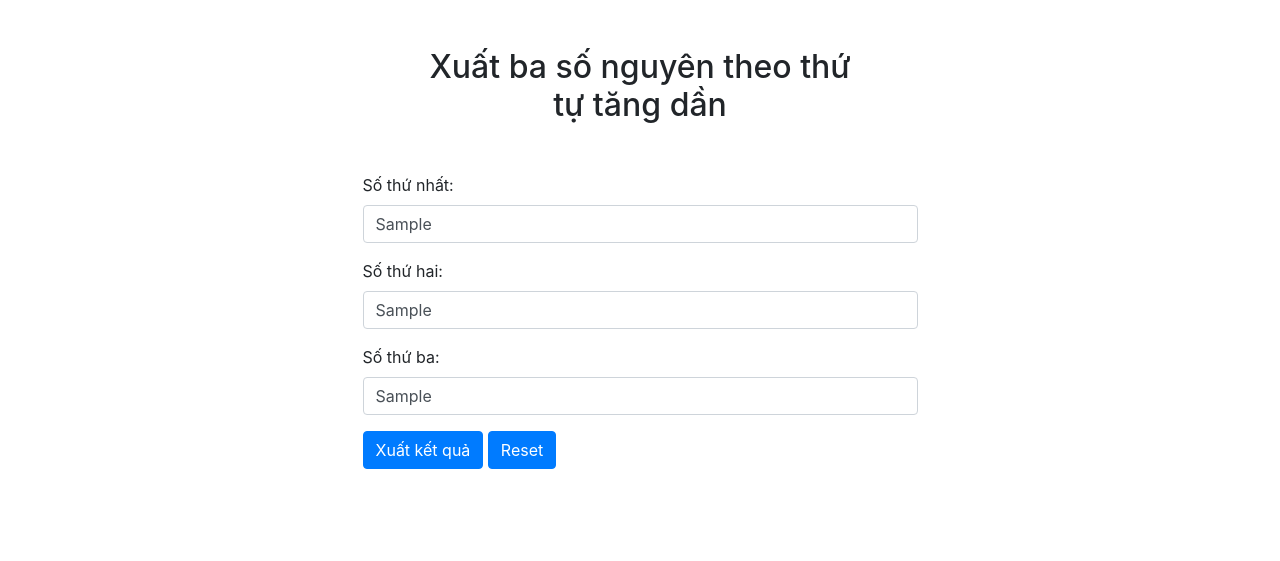
Repository: dovanthao2404/BC14_BaiTap_JS_Buoi_4_dovanthao
Page: html/bai1.html
The author's editor kept a copy of each file at every save. The page is drawn from the files as they stood at one save, then again after the next save.
The browser window is 1280 px wide. The pictures show the whole page.
Empty fields were first filled with sample values (such as "Sample", 5 or name@example.com).
After loading, the first visible `#xuatKetQua` was clicked once.

Above is the page before, as saved 2021-07-02 00:59:15.

### html/bai1.html
<!DOCTYPE html>
<html lang="en">

<head>
  <meta charset="UTF-8">
  <meta http-equiv="X-UA-Compatible" content="IE=edge">
  <meta name="viewport" content="width=device-width, initial-scale=1.0">
  <title>Document</title>

  <!-- BS4 -->
  <link rel="stylesheet" href="https://cdn.jsdelivr.net/npm/bootstrap@4.6.0/dist/css/bootstrap.min.css"
    integrity="sha384-B0vP5xmATw1+K9KRQjQERJvTumQW0nPEzvF6L/Z6nronJ3oUOFUFpCjEUQouq2+l" crossorigin="anonymous">
</head>

<body>
  <div class="container">
    <form class="w-50 mx-auto">
      <h2 class="text-center px-5 my-5">Xuất ba số nguyên theo thứ tự tăng dần</h2>
      <div class="form-group">
        <label for="number-1">Số thứ nhất: </label>
        <input type="text" name="" id="number-1" class="form-control" placeholder="Số thứ nhất*">
      </div>
      <div class="form-group">
        <label for="number-2">Số thứ hai: </label>
        <input type="text" name="" id="number-2" class="form-control" placeholder="Số thứ hai*">
      </div>
      <div class="form-group">
        <label for="number-3">Số thứ ba: </label>
        <input type="text" name="" id="number-3" class="form-control" placeholder="Số thứ ba*">
      </div>
      <button type="button" class="btn btn-primary" id="xuatKetQua">Xuất kết quả</button>
      <button type="reset" class="btn btn-primary">Reset</button>
      <div class='mt-3'>
        <h2 id="ketQua"></h2>
      </div>
    </form>
    <script src="../js/bai1.js"></script>
  </div>
</body>

</html>

### js/bai1.js
function xapXepTangDan() {
  var a = +document.getElementById('number-1').value;
  var b = +document.getElementById('number-2').value;
  var c = +document.getElementById('number-3').value;

  if (a <= b <= c) {
    xuatKetQua(a, b, c);
  } else if (a <= c <= b) {
    xuatKetQua(a, c, b);
  } else if (b <= a <= c) {
    xuatKetQua(b, a, c)
  } else if (b <= c <= a) {
    xuatKetQua(b, c, a);
  } else if (c <= a <= b) {
    xuatKetQua(c, a, b);
  }

}

document.getElementById('xuatKetQua').addEventListener('click', function () {
  xapXepTangDan();
})

function xuatKetQua(min, mid, max) {
  var ketQua = document.getElementById('ketQua');
  ketQua.innerHTML = `Xắp xếp tăng dần ${min} ${mid} ${max}`
}

After the next save:
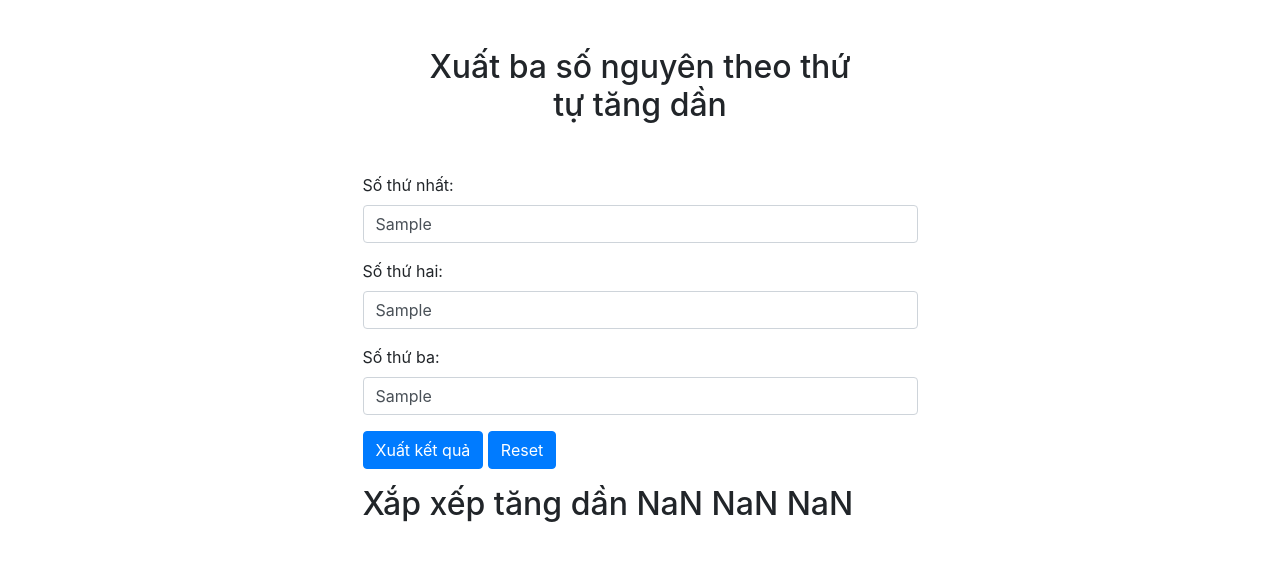
Saved 6 s later.
--- a/js/bai1.js
+++ b/js/bai1.js
@@ -13,6 +13,8 @@ function xapXepTangDan() {
     xuatKetQua(b, c, a);
   } else if (c <= a <= b) {
     xuatKetQua(c, a, b);
+  } else {
+    xuatKetQua(c, b, a);
   }
 
 }
